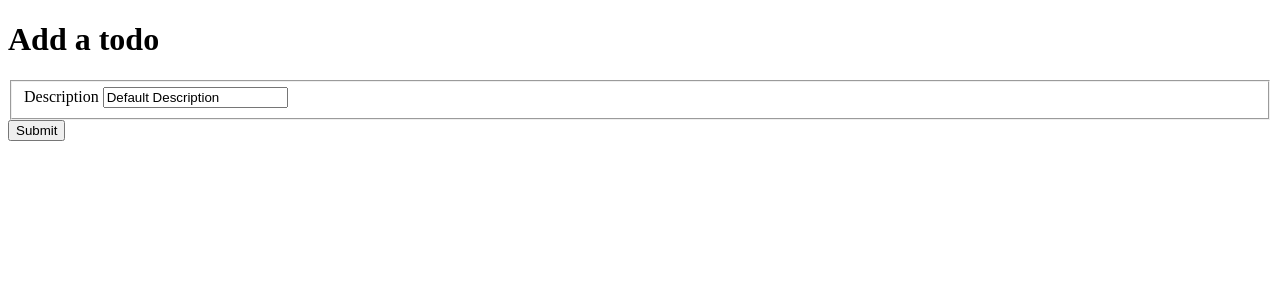
Repository: codelifee/spring-mvc-project
Page: http://localhost/springmvc/add-todo
These files come from the project's save history. The page is drawn as it stood at one moment and after the next save; the edit follows.
The browser window is 1280 px wide. The pictures show the whole page.
The page is served by Tomcat 9. Other server files are loaded and not shown.

Above is the page before, as saved 2020-11-17 07:29:58.

### springmvc/src/main/webapp/WEB-INF/views/todo.jsp
<%@ page language="java" contentType="text/html; charset=EUC-KR"
	pageEncoding="EUC-KR"%>

<%@taglib uri="http://www.springframework.org/tags/form" prefix="form"%>

<!DOCTYPE html>
<html>
<head>
<meta charset="EUC-KR">
<title>Insert title here</title>
</head>
<body>
	<div class="container">
		<H1>Add a todo</H1>
		<form:form method="post" commandName="todo">

		<form:hidden path="id"/>

			<fieldset class="form-group">
				<form:label path="desc">Description</form:label>
				<form:input path="desc" type="text"
					class="form-control" required="required" />
				<form:errors path="desc" cssClass="text-warning" />
			</fieldset>
			<input type="submit" value="Submit" />
		</form:form>
	</div>
</body>
</html>

After the next save:
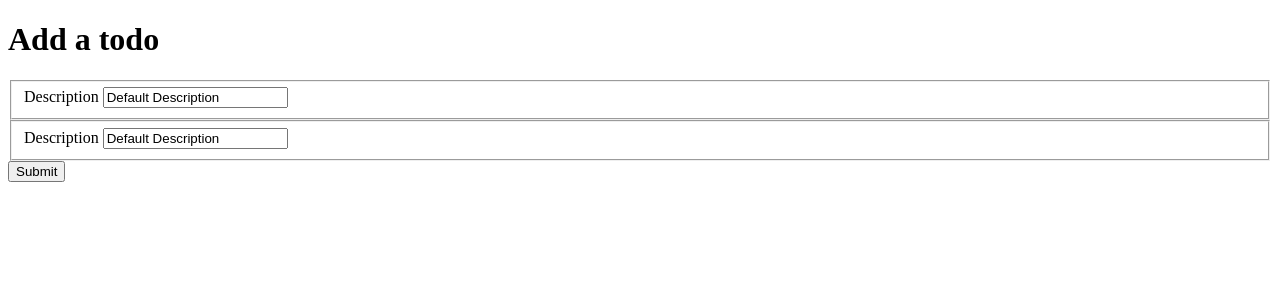
Saved 5 min 31 s later.
--- a/springmvc/src/main/webapp/WEB-INF/views/todo.jsp
+++ b/springmvc/src/main/webapp/WEB-INF/views/todo.jsp
@@ -22,6 +22,14 @@
 					class="form-control" required="required" />
 				<form:errors path="desc" cssClass="text-warning" />
 			</fieldset>
+
+			<fieldset class="form-group">
+				<form:label path="desc">Description</form:label>
+				<form:input path="desc" type="text"
+					class="form-control" required="required" />
+				<form:errors path="desc" cssClass="text-warning" />
+			</fieldset>
+
 			<input type="submit" value="Submit" />
 		</form:form>
 	</div>
